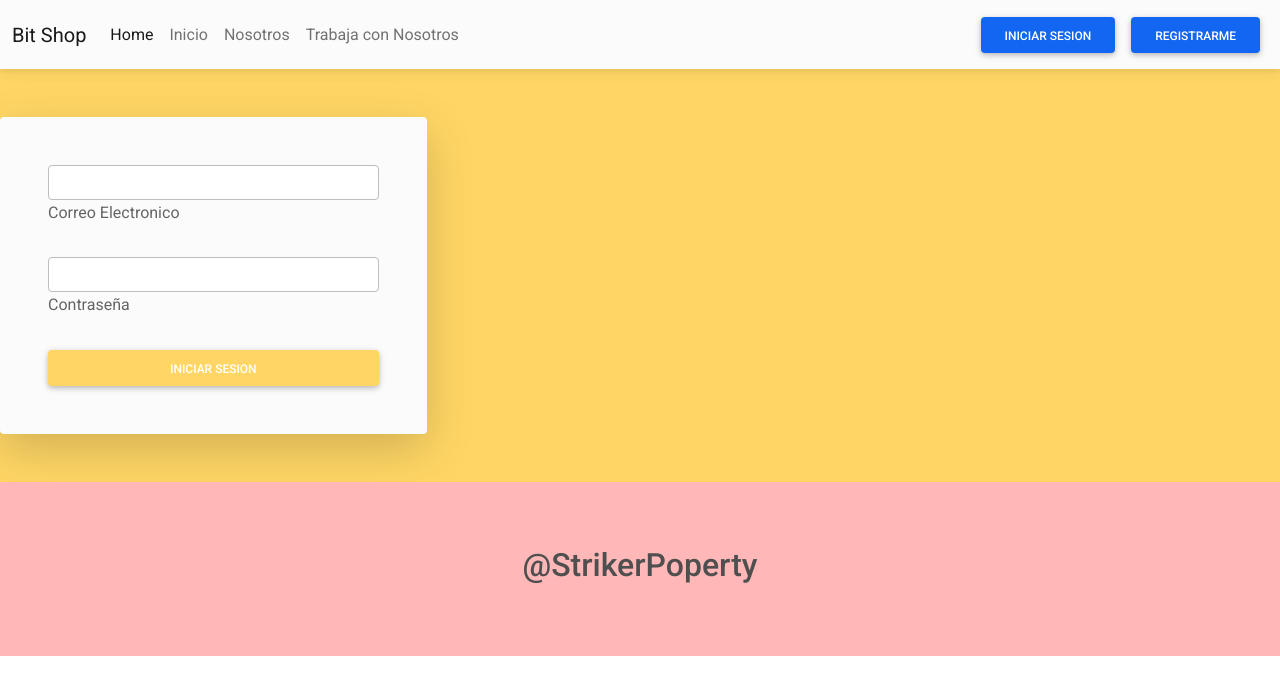
Repository: TzStrikerYT/myClassRoom
Page: /login (app in bit-shop-front/)
These files come from the project's save history. The page is drawn as it stood at one moment and after the next save; the edit follows.
The browser window is 1280 px wide. The pictures show the whole page.
The project was rebuilt for these pictures with package versions that can differ from the ones it lists, and the page was loaded fresh each time. Also part of the build but not shown: bit-shop-front/angular.json, bit-shop-front/src/app/components/home/home.component.ts, bit-shop-front/src/app/components/not-found/not-found.component.ts.

Above is the page before, as saved 2022-02-23 19:06:04.

### bit-shop-front/src/index.html
<!DOCTYPE html>
<html lang="en">
  <head>
    <meta charset="utf-8" />
    <title>BitShopFront</title>
    <base href="/" />
    <meta name="viewport" content="width=device-width, initial-scale=1" />
    <link rel="icon" type="image/x-icon" href="favicon.ico" />

    <!-- Font Awesome -->
    <link
      href="https://cdnjs.cloudflare.com/ajax/libs/font-awesome/5.15.1/css/all.min.css"
      rel="stylesheet"
    />
    <!-- Google Fonts -->
    <link
      href="https://fonts.googleapis.com/css?family=Roboto:300,400,500,700&display=swap"
      rel="stylesheet"
    />
    <!-- MDB -->
    <link
      href="https://cdnjs.cloudflare.com/ajax/libs/mdb-ui-kit/3.10.2/mdb.min.css"
      rel="stylesheet"
    />
  </head>
  <body>
    <app-root></app-root>

    <!-- MDB -->
    <script
      type="text/javascript"
      src="https://cdnjs.cloudflare.com/ajax/libs/mdb-ui-kit/3.10.2/mdb.min.js"
    ></script>
  </body>
</html>

### bit-shop-front/src/styles.css
/* You can add global styles to this file, and also import other style files */
.bg-pink {
    background: #ffb7b7;
}

.bg-yellow {
    background: #ffd665;
}

.card-size {
    width: 12rem;
}

### bit-shop-front/src/app/app.module.ts
import { NgModule } from '@angular/core';
import { BrowserModule } from '@angular/platform-browser';

import { AppRoutingModule } from './app-routing.module';
import { AppComponent } from './app.component';
import { LoginComponent } from './components/login/login.component';
import { HomeComponent } from './components/home/home.component';
import { NotFoundComponent } from './components/not-found/not-found.component';
import { FooterComponent } from './components/footer/footer.component';
import { BrowserAnimationsModule } from '@angular/platform-browser/animations';

@NgModule({
  declarations: [
    AppComponent,
    LoginComponent,
    HomeComponent,
    NotFoundComponent,
    FooterComponent,
  ],
  imports: [
    BrowserModule,
    AppRoutingModule,
  ],
  providers: [],
  bootstrap: [AppComponent]
})
export class AppModule { }

### bit-shop-front/src/app/app-routing.module.ts
import { NgModule } from '@angular/core';
import { RouterModule, Routes } from '@angular/router';
import { HomeComponent } from './components/home/home.component';
import { LoginComponent } from './components/login/login.component';
import { NotFoundComponent } from './components/not-found/not-found.component';

// enrutamiento de componentes
const routes: Routes = [
  { path: 'login', component: LoginComponent},
  { path: 'home', component: HomeComponent},
  { path: '', redirectTo: '/home', pathMatch: 'full' },
  { path: '**', component: NotFoundComponent}
];

@NgModule({
  imports: [RouterModule.forRoot(routes)],
  exports: [RouterModule],
})
export class AppRoutingModule {}

### bit-shop-front/src/app/app.component.ts
import { Component, OnInit } from '@angular/core';

@Component({
  selector: 'app-root',
  templateUrl: './app.component.html',
  styleUrls: ['./app.component.css']
})
export class AppComponent {
  title = 'bit-shop-front';
  token = false
}

### bit-shop-front/src/app/components/login/login.component.ts
import { Component, OnInit } from '@angular/core';

@Component({
  selector: 'app-login',
  templateUrl: './login.component.html',
  styleUrls: ['./login.component.css']
})
export class LoginComponent implements OnInit {

  constructor() { }

  ngOnInit(): void {

  }
}

### bit-shop-front/src/app/app.component.html
<!-- Nav Bar -->
<nav class="navbar navbar-expand-lg navbar-light bg-light">
  <div class="container-fluid">
    <a class="navbar-brand" href="#">Bit Shop</a>
    <button
      class="navbar-toggler"
      type="button"
      data-mdb-toggle="collapse"
      data-mdb-target="#navbarNavAltMarkup"
      aria-controls="navbarNavAltMarkup"
      aria-expanded="false"
      aria-label="Toggle navigation"
    >
      <i class="fas fa-bars"></i>
    </button>
    <div class="collapse navbar-collapse" id="navbarNavAltMarkup">
      <div class="navbar-nav">
        <a class="nav-link active" aria-current="page" href="#">Home</a>
        <a class="nav-link" href="#">Inicio</a>
        <a class="nav-link" href="#">Nosotros</a>
        <a class="nav-link" href="#">Trabaja con Nosotros</a>
      </div>

      <div class="navbar-nav ms-auto" *ngIf="!token; else elseTag">
        <a class="m-2 btn btn-primary" href="#">Iniciar Sesion</a>
        <a class="m-2 btn btn-primary" href="#">Registrarme</a>
      </div>

      <ng-template #elseTag>
        <div class="navbar-nav ms-auto">
          <a class="m-2 btn btn-primary" href="#">Usuario</a>

        </div>
      </ng-template>
    </div>
  </div>
</nav>
<router-outlet></router-outlet>
<app-footer></app-footer>

### bit-shop-front/src/app/components/login/login.component.html
<section class="bg-yellow py-5">

    <div class="col-md-4 p-5 shadow-lg rounded bg-light">
        <form>
            <!-- Email input -->
            <div class="mb-4">
              <input type="email" id="form1Example1" class="form-control" />
              <label class="form-label" for="form1Example1">Correo Electronico</label>
            </div>

            <!-- Password input -->
            <div class="mb-4">
              <input type="password" id="form1Example2" class="form-control" />
              <label class="form-label" for="form1Example2">Contraseña</label>
            </div>

            <!-- Submit button -->
            <button type="submit" class="btn bg-yellow text-white btn-block">Iniciar Sesion</button>
          </form>
    </div>

</section>

### bit-shop-front/src/app/components/footer/footer.component.html
<div class="bg-pink p-5">
    <h2 class="p-3 text-center">@StrikerPoperty</h2>
</div>

Loaded but not shown: bit-shop-front/src/main.ts (common file); bit-shop-front/src/environments/environment.ts (common file); bit-shop-front/src/app/components/footer/footer.component.ts (common file); bit-shop-front/src/app/components/footer/footer.component.css (no stored copy; drawn as an empty file); bit-shop-front/src/app/components/login/login.component.css (no stored copy; drawn as an empty file); bit-shop-front/src/app/app.component.css (no stored copy; drawn as an empty file)

After the next save:
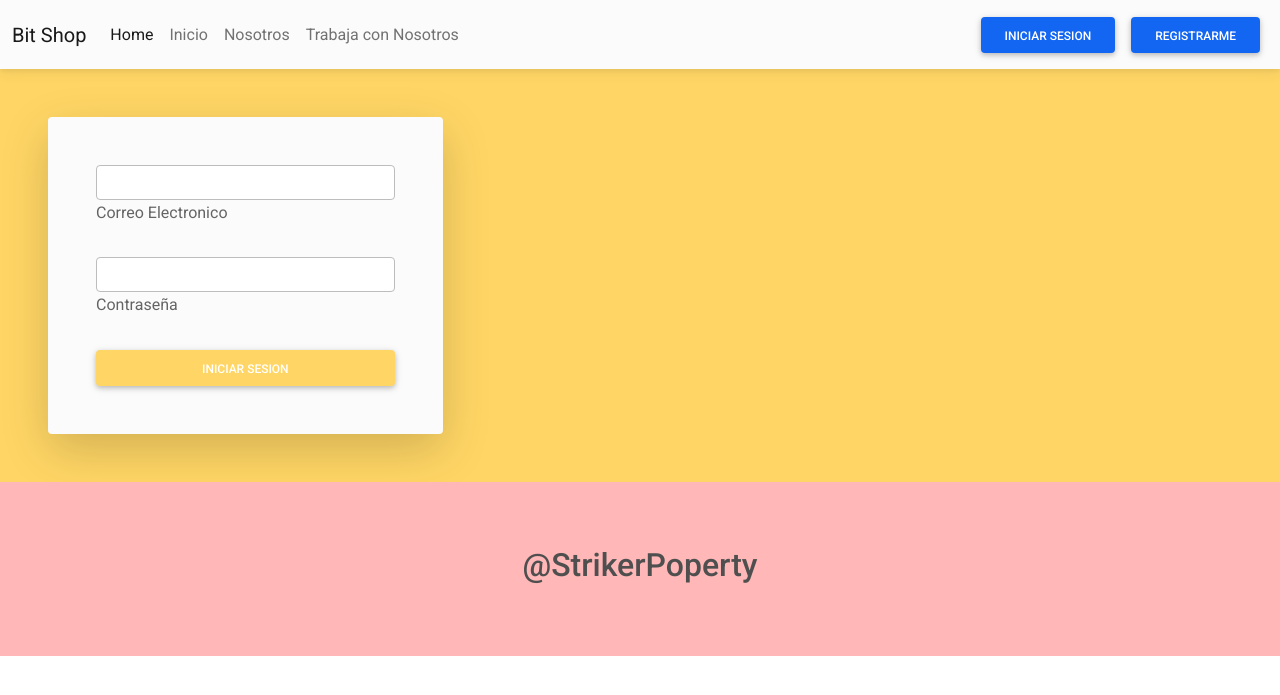
Saved 7 s later.
--- a/bit-shop-front/src/app/components/login/login.component.html
+++ b/bit-shop-front/src/app/components/login/login.component.html
@@ -1,4 +1,4 @@
-<section class="bg-yellow py-5">
+<section class="bg-yellow p-5">
 
     <div class="col-md-4 p-5 shadow-lg rounded bg-light">
         <form>
